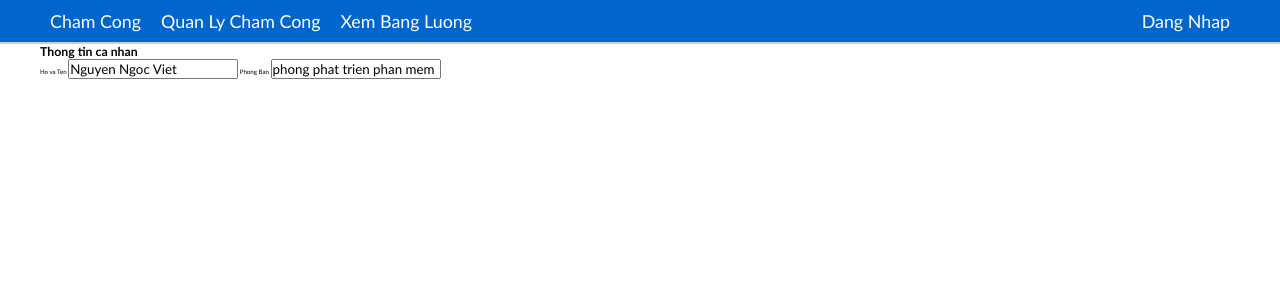
Repository: LDDUNG2003/a
Page: payroll.html
These files come from the project's save history. The page is drawn as it stood at one moment and after the next save; the edit follows.
The browser window is 1280 px wide. The pictures show the whole page.

Above is the page before, as saved 2023-10-15 12:15:45.

After the next save:
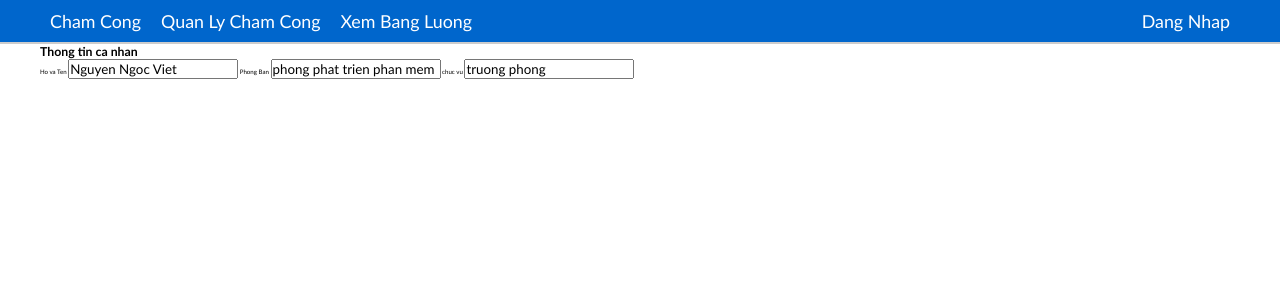
Saved 42 s later.
--- a/payroll.html
+++ b/payroll.html
@@ -53,7 +53,8 @@
                         <input type="text" name="name" value="Nguyen Ngoc Viet">
                         <label for="Department">Phong Ban</label>
                         <input type="text" name="Department" value="phong phat trien phan mem">
-
+                        <label for="">chuc vu</label>
+                        <input type="text" name value="truong phong">
                     </form>
                 </div>
                 <div class="infomation--contain"></div>
